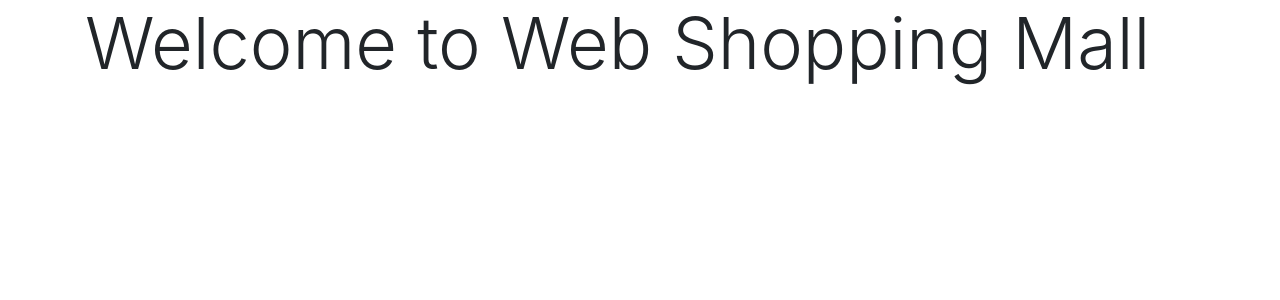
Repository: potatoy1/learning-jsp
Page: http://localhost/JSPBook/welcome.jsp
An editor plug-in stored every save of this project. The page is shown before and after the next save, followed by the edit.
The browser window is 1280 px wide. The pictures show the whole page.
The page is served by Tomcat 9. Other server files are loaded and not shown.

Above is the page before, as saved 2022-09-27 11:34:55.

### JSPBook/WebContent/welcome.jsp
<%@ page language="java" contentType="text/html; charset=UTF-8"%>
<!DOCTYPE html>
<html>
<head>
<link rel="stylesheet"
	href="https://maxcdn.bootstrapcdn.com/bootstrap/4.0.0/css/bootstrap.min.css">
<title>Welcome</title>
</head>
<body>

	<%! String greeting = "Welcome to Web Shopping Mall";%>

	<div class="jumbotraon">
		<div class="container">
			<h1 class="display-3"><%=greeting%></h1>
		</div>
	</div>

</body>
</html>

### JSPBook/WebContent/menu.jsp
<%@ page contentType="text/html; charset=UTF-8"%>
<!DOCTYPE html>
<html>
<head>
<title>Insert title here</title>
</head>
<body>
	<nav class="navbar navbar-expand navbar-dark bg-dark">
		<!-- 내용이 들어간다. -->
		<div class="container">
			<div class="navbar-header">
				<a class="navbar-brand" href="./welcome.jsp">Home</a>
			</div>
		</div>
	</nav>
</body>
</html>

### JSPBook/WebContent/footer.jsp
<%@ page contentType="text/html; charset=UTF-8"%>
<!DOCTYPE html>
<html>
<head>
<link rel="stylesheet"
	href="https://maxcdn.bootstrapcdn.com/bootstrap/4.0.0/css/bootstrap.min.css">
<title>Insert title here</title>
</head>
<body>

	<%!String tagline = "Welcome to Web Market!";%>

	<main role="main">
		<div class="container">
			<div class="text-center">
				<h3><%=tagline%></h3>
			</div>
			<hr />
		</div>
	</main>
	<footer class="container">
		<p>&copy;WebMarket</p>
	</footer>
</body>
</html>

After the next save:
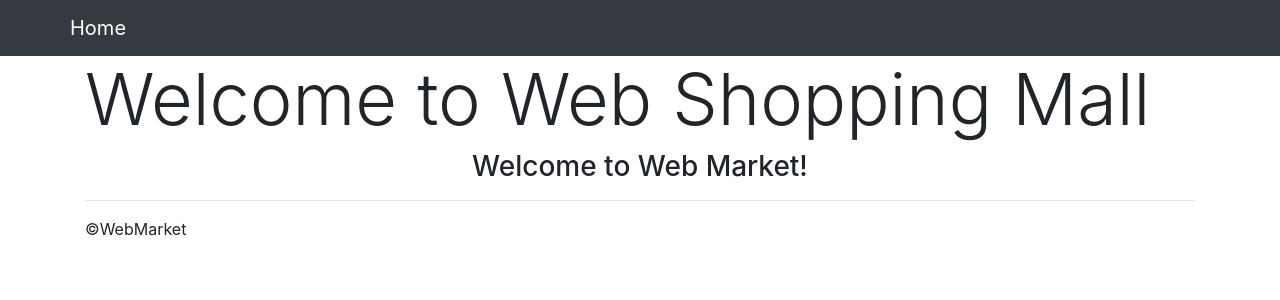
Saved 47 s later.
--- a/JSPBook/WebContent/welcome.jsp
+++ b/JSPBook/WebContent/welcome.jsp
@@ -7,7 +7,7 @@
 <title>Welcome</title>
 </head>
 <body>
-
+	<%@include file="menu.jsp" %>
 	<%! String greeting = "Welcome to Web Shopping Mall";%>
 
 	<div class="jumbotraon">
@@ -16,5 +16,6 @@
 		</div>
 	</div>
 
+	<%@include file="footer.jsp" %>
 </body>
 </html>
